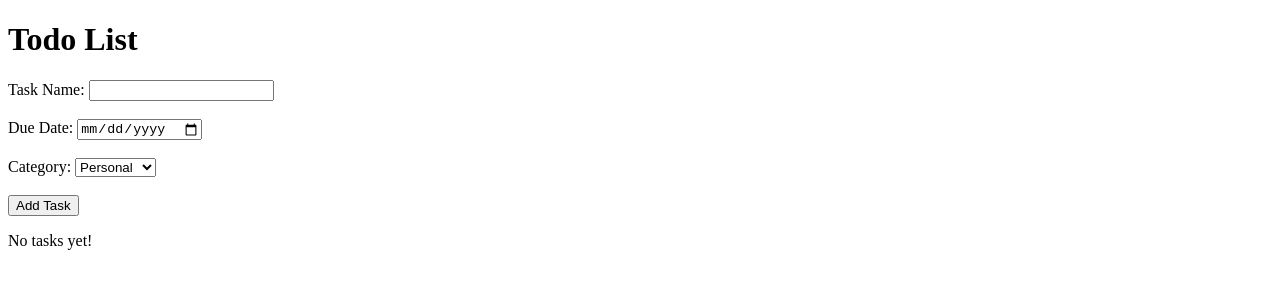
Repository: comp426-2023-spring/a99-SnowPile
Page: http://localhost/
The author's editor kept a copy of each file at every save. The page is drawn from the files as they stood at one save, then again after the next save.
The browser window is 1280 px wide. The pictures show the whole page.
The page is served by the project's Node server (app.js).

Above is the page before, as saved 2023-04-15 19:36:37.

After the next save:
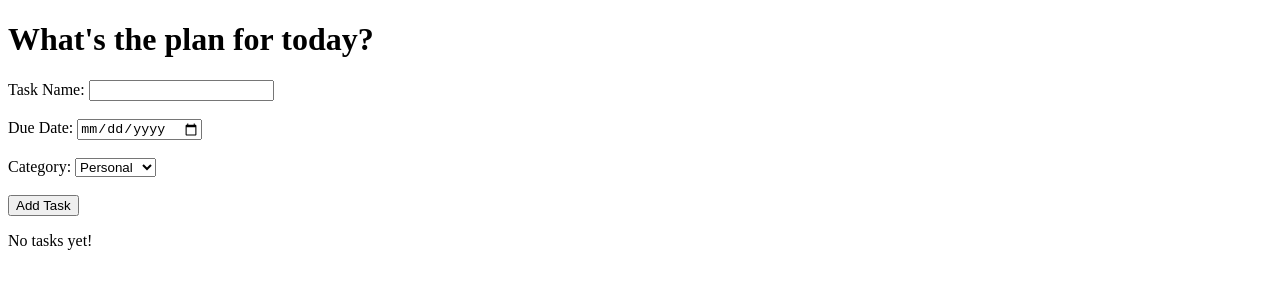
Saved 11 min 28 s later.
--- a/frontend/views/index.ejs
+++ b/frontend/views/index.ejs
@@ -6,7 +6,7 @@
     <title>Todo List</title>
   </head>
   <body>
-    <h1>Todo List</h1>
+    <h1>What's the plan for today?</h1>
     <form action="/addTask" method="POST">
       <label for="taskName">Task Name:</label>
       <input type="text" id="taskName" name="taskName" required><br><br>
